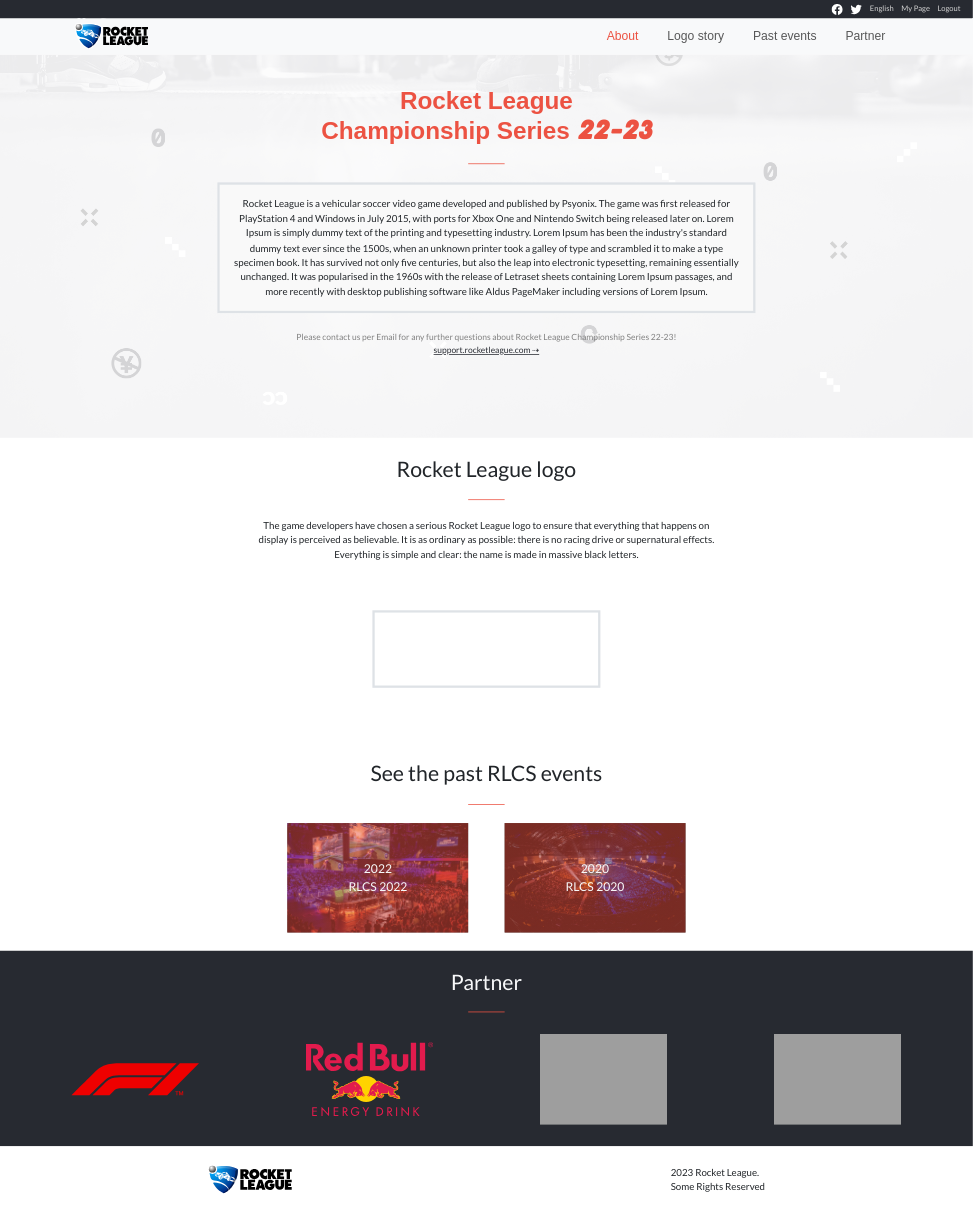
Repository: Salimer/RLCS-event-landing-page
Page: about.html
These files come from the project's save history. The page is drawn as it stood at one moment and after a run of saves; the edit follows.
The browser window is 1280 px wide. The pictures show the whole page, at 76% of full size.
Pictures or frames that could not be fetched are drawn as grey boxes. Backgrounds fixed to the window are drawn as part of the page.

Above is the page before, as saved 2023-04-20 15:26:36.

### about.html
<!DOCTYPE html>
<html lang="en">
<head>
    <meta charset="UTF-8">
    <meta http-equiv="X-UA-Compatible" content="IE=edge">
    <meta name="viewport" content="width=device-width, initial-scale=1.0">
    <link href="https://cdn.jsdelivr.net/npm/bootstrap@5.3.0-alpha3/dist/css/bootstrap.min.css" rel="stylesheet" integrity="sha384-KK94CHFLLe+nY2dmCWGMq91rCGa5gtU4mk92HdvYe+M/SXH301p5ILy+dN9+nJOZ" crossorigin="anonymous">
    <link href="https://fonts.googleapis.com/css?family=Lato&display=swap" rel="stylesheet">
    <link rel="stylesheet" href="style.css">
    <title>Rocket league event</title>
</head>
<body>
  <header>
    <div id="social-media" class="pe-3 py-1">
      <a href="https://www.facebook.com/s.bamahfoodh"><img src="Assets/icons/facebook.svg" alt="facebook"></a>
      <a href="#"><img src="Assets/icons/twitter.svg" alt="twitter"></a>
      <a href="#">English</a>
      <a href="https://salimer.github.io/Portfolio/">My Page</a>
      <a href="#">Logout</a>
    </div>
    <nav class="navbar navbar-expand-md p-0">
        <div class="container-fluid bg-light">
          <a class="navbar-brand" href="index.html"><img src="Assets/images/Rocket_League_logo.svg" alt="Rocket_League_logo"></a>
          <button id="hamburger" class="navbar-toggler bg-light" type="button" data-bs-toggle="collapse" data-bs-target="#navbarSupportedContent" aria-controls="navbarSupportedContent" aria-expanded="false" aria-label="Toggle navigation">
            <span class="navbar-toggler-icon"></span>
          </button>
          <div class="collapse navbar-collapse  ps-3" id="navbarSupportedContent">
            <ul class="navbar-nav ms-auto mb-2 mb-lg-0">
              <li class="nav-item">
                <a id="home" class="nav-link active" aria-current="page" href="#">About</a>
              </li>
              <li class="nav-item">
                <a class="nav-link" href="#logo-story">Logo story</a>
              </li>
              <li class="nav-item">
                <a class="nav-link" href="#past-events">Past events</a>
              </li>
              <li class="nav-item">
                <a class="nav-link" href="#partner">Partner</a>
              </li>
              <li class="desktop-hide">
                <a href="https://www.facebook.com/s.bamahfoodh"><img src="Assets/icons/facebook.svg" alt="facebook"></a>
              </li>
              <li class="desktop-hide">
                <a href="#"><img src="Assets/icons/twitter.svg" alt="twitter"></a>
              </li>
              <li class="desktop-hide">
                <a href="https://salimer.github.io/Portfolio/">My Page</a>
              </li>
              <li class="desktop-hide">
                <a href="#">Logout</a>
              </li>
            </ul>
          </div>
        </div>
      </nav>
  </header>
    <main>
        <section id="about-bg" class="headline py-5 px-2 d-flex flex-column align-items-center justify-content-center text-center">
            <div class="headline-text headline-text-about d-flex flex-column justify-content-center align-items-center py-3">
                <h1 class="m-2">Rocket League<br>Championship Series <span>22-23</span></h1>
                <div class="underline "></div>
                <p class="border border-3 p-3 py-3 my-4">
                    Rocket League is a vehicular soccer video game developed and published by Psyonix. The game was first released for PlayStation 4 and Windows in July 2015, with ports for Xbox One and Nintendo Switch being released later on.
                    Lorem Ipsum is simply dummy text of the printing and typesetting industry. Lorem Ipsum has been the industry's standard dummy text ever since the 1500s, when an unknown printer took a galley of type and scrambled it to make a type specimen book. It has survived not only five centuries, but also the leap into electronic typesetting, remaining essentially unchanged. It was popularised in the 1960s with the release of Letraset sheets containing Lorem Ipsum passages, and more recently with desktop publishing software like Aldus PageMaker including versions of Lorem Ipsum.
                </p>
                <p id="contact" class="px-3 m-0">
                    Please contact us per Email for any further questions about Rocket League Championship Series 22-23!
                </p>
                <span id="location"><a href="#">support.rocketleague.com ⇢</a></span>
              </div>
        </section>
        <section id="logo-story" class="logo-story d-flex flex-column align-items-center p-4 text-center">
            <h3>Rocket League logo</h3>
            <div class="underline mb-4"></div>
            <p class="w-md-50">
                The game developers have chosen a serious Rocket League logo to ensure that everything that happens on display is perceived as believable. It is as ordinary as possible: there is no racing drive or supernatural effects. Everything is simple and clear: the name is made in massive black letters.
            </p>
            <img class="border border-3 p-5 my-5" src="Assets/images/Rocket_League_logo.svg" alt="Rocket_League_logo" height="100px" width="300rem">
        </section>
        <section id="past-events" class="past-events d-flex flex-column align-items-center p-4 text-center">
            <h3>See the past RLCS events</h3>
            <div class="underline mb-4"></div>
            <div class="d-flex flex-column flex-md-row justify-content-md-center">
              <a class="event-holder text-light" href="#">
                <div class="d-flex flex-column align-items-center">
                    <span>2022</span>
                    <span>RLCS 2022</span>
                </div>
            </a>
            <a class="event-holder-2 text-light" href="#">
                <div class="d-flex flex-column align-items-center">
                    <span>2020</span>
                    <span>RLCS 2020</span>
                </div>
            </a>
            </div>
        </section>
        <section id="partner" class="partner d-flex flex-column align-items-center p-4 text-center">
          <h3 class="text-light">Partner</h3>
          <div class="underline mb-4"></div>
          <div class="partner-imgs w-100 d-flex flex-wrap flex-column flex-md-row justify-content-around align-items-center">
              <img id="f1" class="p-1" src="Assets/partners/F1-logo red.svg" alt="F1-logo">
              <img id="redbull" class="p-1" src="Assets/partners/redbullenergydrink.svg" alt="RedBull logo">
              <img id="ford" class="p-1" src="Assets/partners/Ford_logo_flat.svg" alt="Ford logo">
              <img id="mclaren" class="p-1" src="Assets/partners/mclaren.svg" alt="Mclaren logo">
          </div>
        </section>
    </main>
    <footer class="d-flex justify-content-around align-items-center p-4">
        <img src="Assets/images/Rocket_League_logo.svg" alt="Rocket_League_logo">
        <p class="m-0">2023 Rocket League.<br>Some Rights Reserved</p>
    </footer>

    <script src="https://cdn.jsdelivr.net/npm/bootstrap@5.3.0-alpha3/dist/js/bootstrap.bundle.min.js" integrity="sha384-ENjdO4Dr2bkBIFxQpeoTz1HIcje39Wm4jDKdf19U8gI4ddQ3GYNS7NTKfAdVQSZe" crossorigin="anonymous"></script>
</body>
</html>

### style.css
@font-face {
  font-family: 'CocoGoose';
  src: url('Assets/fonts/CocoGoose/Cocogoose\ Pro-trial.ttf') format('truetype');
  font-family: 'CocoGooseNum';
  src: url('Assets/fonts/CocoGoose/Cocogoose\ Pro\ Italic-trial.ttf') format('truetype');
  font-weight: normal;
  font-style: normal;
}

* {
  margin: 0;
  padding: 0;
  box-sizing: border-box;
  scroll-behavior: smooth;
}

body {
  font-family: 'lato', sans-serif;
}

/* Header  */
header {
  font-family: 'CocoGoose', sans-serif;
  position: fixed;
  width: 100%;
  z-index: 1;
}

header > div {
  display: none;
  justify-content: end;
  align-items: center;
  gap: 10px;
  background-color: #272a31;
  padding-right: 7rem;
}

a {
  text-decoration: none;
}

header > div a {
  font-family: 'lato', sans-serif;
  font-size: 10px;
  color: #d3d3d3;
}

.nav-link {
  border: 4px solid transparent;
}

#RLCS {
  color: #ec5242;
  border: 4px solid #ec5242;
  display: none;
}

.navbar-nav {
  margin-right: 5.7rem;
  gap: 14px;
}

.navbar-brand {
  margin-left: 5.4rem;
  display: none;
}

.desktop-hide {
  padding: 0.5rem 0;
}

.desktop-hide a {
  color: #000000a6;
}

/* ================================================ */

/* Footer  */
footer img {
  height: 2.5rem;
}

/* ================================================ */

header > div img {
  height: 15px;
  filter: invert(100%);
}

header nav img {
  height: 35px;
}

/* ===================================================== */

/* Partner  */
.partner img {
  height: 4rem;
  width: 7rem;
}

/* ===================================================== */

#home {
  color: #ec5242;
}

#hamburger {
  border: 2px solid #ec5242;
}

/* backgrounds  */
#home-bg {
  background-image: url('Assets/images/header.png');
  background-repeat: no-repeat;
  background-size: center center;
  background-attachment: fixed;
}

#about-bg {
  background-image: url('Assets/images/header.png');
  background-repeat: no-repeat;
  background-size: center center;
  background-attachment: fixed;
}

/* Headline  */
.headline {
  height: 80vh;
}

.headline-text p {
  background-color: #f9f9f9;
 }

/* ================================================ */

/* Headline  */
h2 span {
  font-family: 'CocoGoose', sans-serif;
}

/* Main program  */
.main-program span {
  min-width: 4.4rem;
  color: #ec5242;
}

/* Featured  */
.team span {
  color: #ec5242;
}

/* ================================================ */

.headline h1 span {
  font-family: 'CocoGooseNum', sans-serif;
}

p {
  font-size: 0.8em;
}

h1 {
  font-family: 'CocoGoose', sans-serif;
  font-weight: bold;
  color: #ec5242;
}

h2 {
  font-family: 'CocoGooseNum', sans-serif;
  color: #272a31;
  font-size: 1.2rem;
}

#location {
  font-size: 0.7rem;
}

/* Main program  */

.main-program h3 {
  color:rgba(222, 226, 230, 0.9);
}

.main-program {
  background-color: #272a31;
}

.main-program-cards {
  display: flex;
  flex-direction: column;
  justify-content: stretch;
  align-items: stretch;
}

.main-program article {
  background-color: rgba(255, 255, 255, 0.13);
  max-width: 30rem;
}

.main-program img {
  width: 11%;
  filter: invert(100%);
}

.main-program button {
  background-color: #ec5242;
}

#whole-program {
  text-decoration: underline;
  color:rgba(222, 226, 230, 0.9);
}

/* Featured  */
.featured {
  background-color: #f8f8f8;
}

.featured article {
  background-color: transparent;
}

.underline {
  height: 1rem;
  width: 30%;
  max-width: 3rem;
  border-bottom: 1px solid #ec5242;
}

.featured .card {
  border: 0;
  max-width: 40rem;
}

.featured .card-title {
  margin-top: 17px;
}

.featured-image-holder {
  width: 38%;
  height: 6rem;
  background-image: url("Assets/images/transparent.jpg");
  background-size: 50% 50%;
  /* background-size: cover; */
  background-repeat: no-repeat;
}

.featured-image-holder img {
  width: 87%;
  height: 87%;
}

.team {
  width: 100%;
}

.team .underline {
  height: 0;
  width: 10%;
  border-bottom: 1px solid #d3d3d3;
}

/* About page ============================================ */

/* Headline  */
#contact {
  color: gray;
  background-color: transparent;
  font-size: 0.7rem;
}

#location a {
  text-decoration: underline;
  color: #272a31;
}

/* Past events  */
.past-events a {
  text-decoration: none;
  padding: 3rem 5rem;
}

.past-events a + a {
  margin-top: 3rem;
}

.event-holder {
  background: linear-gradient(rgba(236, 82, 66, 0.5), rgba(236, 82, 66, 0.5)), url('Assets/images/2022.jpg');
  background-repeat: no-repeat;
  background-size: 100% 100%;
}

.event-holder-2 {
  background: linear-gradient(rgba(236, 82, 66, 0.5), rgba(236, 82, 66, 0.5)), url('Assets/images/2020.jpg');
  background-repeat: no-repeat;
  background-size: 100% 100%;
}

/* Partner  */
.partner {
  background-color: #272a31;
}

/* desktop version ============================================ */
@media screen and (min-width: 768px) {
  /* backgrounds  */
  #home-bg {
    background-image: url('Assets/images/header.png');
    background-size: 100% 100%;
  }

  #about-bg {
    background-image: url('Assets/images/header.png');
    background-size: 100% 100%;
  }

  /* Header  */
  header > div {
    display: flex;
  }

  .desktop-hide {
    display: none;
  }

  .navbar-brand {
    margin-left: 5.4rem;
    display: block;
  }

  #RLCS {
    display: block;
  }

  /* Headline  */
  .headline {
    height: 80vh;
  }

  .headline h1 {
    font-size: 2rem;
  }

  .headline-text {
    width: 70%;
    margin-left: 5.4rem;
  }

  .headline-text p {
    max-width: 60%;
  }

  /* Main program  */
  .main-program-cards {
    flex-direction: row;
    flex-wrap: wrap;
    justify-content: center;
    text-align: center;
  }

  .main-program-cards article {
    max-width: 10rem;
  }

  .main-program-cards article + article {
    margin-left: 0.5rem;
  }

  .main-program img {
    min-width: 30%;
  }

  /* ================================================ */

  /* Logo story  */
  .logo-story p {
    max-width: 50%;
  }

  /* ================================================ */

  .main-program-cards article p {
    max-width: 8rem;
  }

  /* Featured  */
  .featured-cards {
    flex-wrap: wrap;
  }

  .featured .card {
    max-width: 48%;
  }

  .featured-image-holder {
    width: 38%;
    max-width: unset;
    height: unset;
    background-image: url("Assets/images/transparent.jpg");
    background-size: 50% 50%;
    background-repeat: no-repeat;
  }

  /* About page ============================================ */
  /* headline  */
  .headline-text-about {
    margin-left: 0;
  }

  .headline-text-about p {
    max-width: 80%;
  }
  /* Past events  */
  .past-events a + a {
    margin-top: 0;
    margin-left: 3rem;
  }

  /* Partner  */
  .partner img {
    height: 8rem;
    width: 11rem;
  }
}

After the next 4 saves:
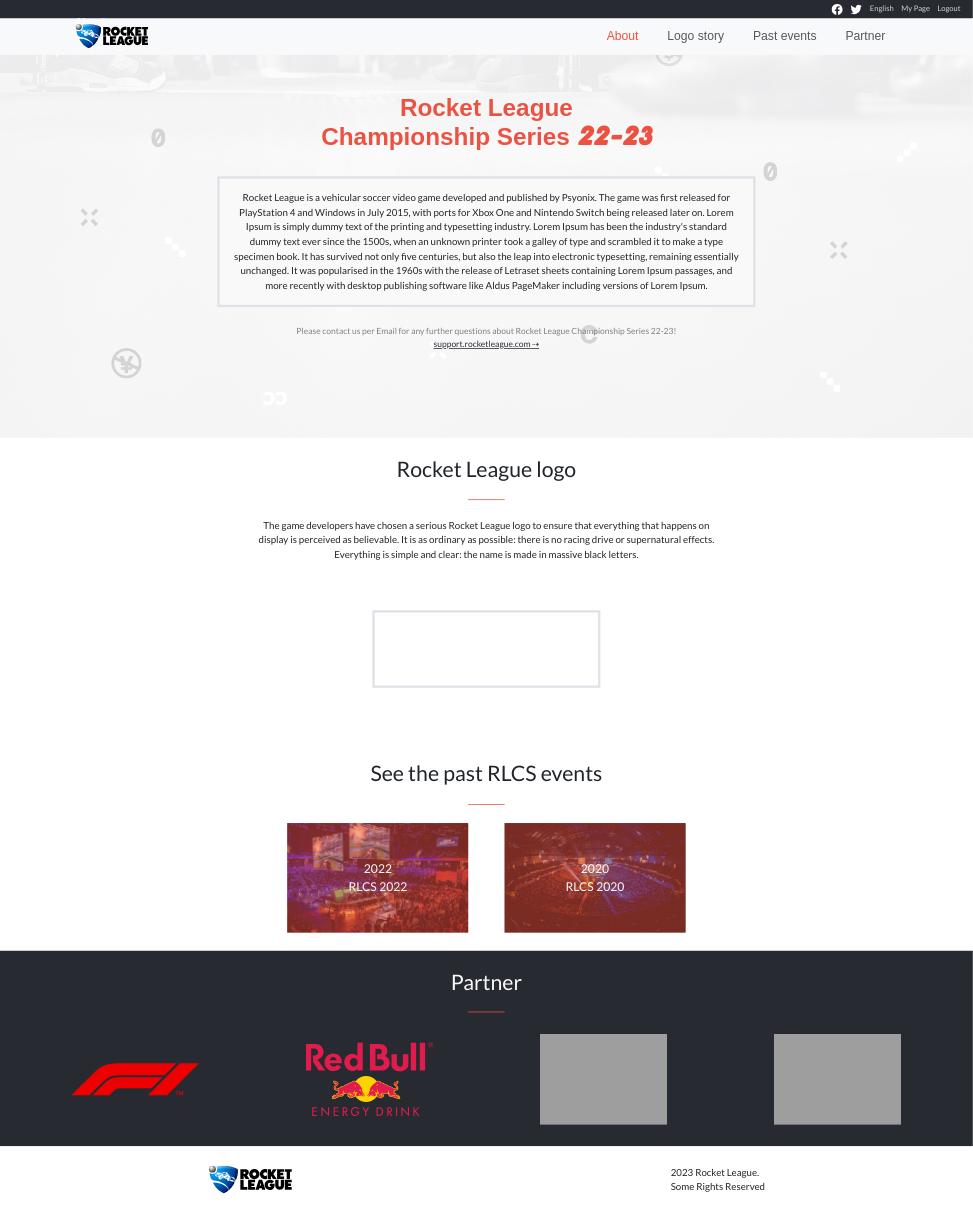
The 4 saves are shown as one change because they came seconds apart.
The last was saved 91 s later.
--- a/about.html
+++ b/about.html
@@ -59,7 +59,6 @@
         <section id="about-bg" class="headline py-5 px-2 d-flex flex-column align-items-center justify-content-center text-center">
             <div class="headline-text headline-text-about d-flex flex-column justify-content-center align-items-center py-3">
                 <h1 class="m-2">Rocket League<br>Championship Series <span>22-23</span></h1>
-                <div class="underline "></div>
                 <p class="border border-3 p-3 py-3 my-4">
                     Rocket League is a vehicular soccer video game developed and published by Psyonix. The game was first released for PlayStation 4 and Windows in July 2015, with ports for Xbox One and Nintendo Switch being released later on.
                     Lorem Ipsum is simply dummy text of the printing and typesetting industry. Lorem Ipsum has been the industry's standard dummy text ever since the 1500s, when an unknown printer took a galley of type and scrambled it to make a type specimen book. It has survived not only five centuries, but also the leap into electronic typesetting, remaining essentially unchanged. It was popularised in the 1960s with the release of Letraset sheets containing Lorem Ipsum passages, and more recently with desktop publishing software like Aldus PageMaker including versions of Lorem Ipsum.
@@ -76,7 +75,7 @@
             <p class="w-md-50">
                 The game developers have chosen a serious Rocket League logo to ensure that everything that happens on display is perceived as believable. It is as ordinary as possible: there is no racing drive or supernatural effects. Everything is simple and clear: the name is made in massive black letters.
             </p>
-            <img class="border border-3 p-5 my-5" src="Assets/images/Rocket_League_logo.svg" alt="Rocket_League_logo" height="100px" width="300rem">
+            <img class="border border-3 p-5 py-5 my-5" src="Assets/images/Rocket_League_logo.svg" alt="Rocket_League_logo" height="100px" width="300rem">
         </section>
         <section id="past-events" class="past-events d-flex flex-column align-items-center p-4 text-center">
             <h3>See the past RLCS events</h3>
